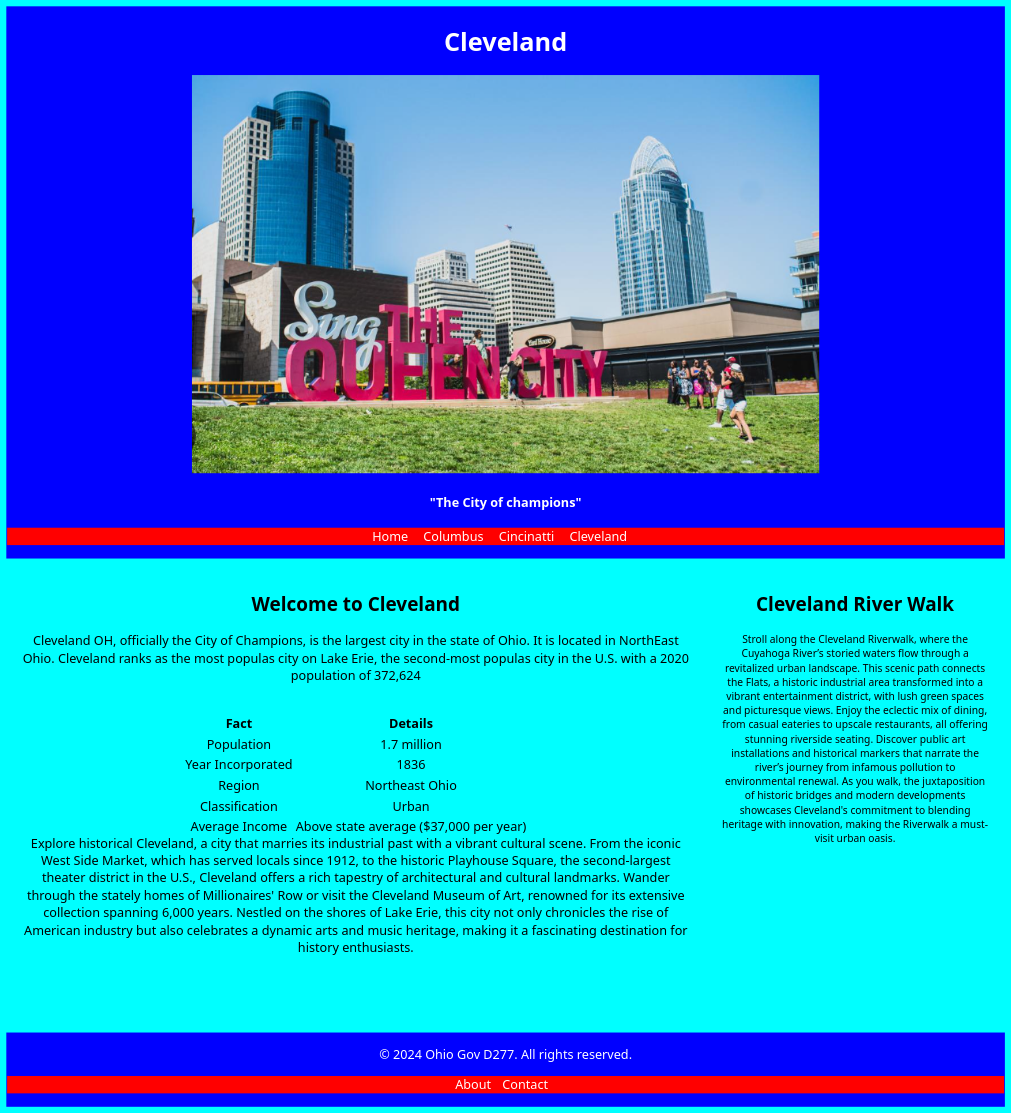
Repository: MikeeBuilds/FEWD-task1
Page: cleveland.html
The author's editor kept a copy of each file at every save. The page is drawn from the files as they stood at one save, then again after a run of saves.
The browser window is 1280 px wide. The pictures show the whole page, at 79% of full size.

Above is the page before, as saved 2024-07-02 17:19:54.

### cleveland.html
<!DOCTYPE html>
<html lang="en">

<head>
    <title>Cleveland</title>
    <link rel="stylesheet" href="style.css">
</head>

<body>

    <header>
        <h1>Cleveland</h1>
        <img src="images/cincinatti.png" alt="San Antonio Riverwalk">
        <h4>"The City of champions"</h4>
        <nav>
            <ul>
                <li><a href="index.html">Home</a></li>
                <li><a href="columbus.html">Columbus</a></li>
                <li><a href="cincinatti.html">Cincinatti</a></li>
                <li><a href="Cleveland.html">Cleveland</a></li>
            </ul>
        </nav>
    </header>

    <section>
        <h2>Welcome to Cleveland</h2>
        <p>
            Cleveland OH, officially the City of Champions, is the largest city in the state of Ohio. It is located in NorthEast Ohio. Cleveland ranks as the most populas city on Lake Erie, the second-most populas city in the U.S. with a 2020 population of 372,624
        </p>

        <table id="table">
            <tr>
                <th>Fact</th>
                <th>Details</th>
            </tr>
            <tr>
                <td>Population</td>
                <td>1.7 million</td>
            </tr>
            <tr>
                <td>Year Incorporated</td>
                <td>1836</td>
            </tr>
            <tr>
                <td>Region</td>
                <td>Northeast Ohio</td>
            </tr>
            <tr>
                <td>Classification</td>
                <td>Urban</td>
            </tr>
            <tr>
                <td>Average Income</td>
                <td>Above state average ($37,000 per year)</td>
            </tr>
        </table>

        <p>
            Explore historical Cleveland, a city that marries its industrial past with a vibrant cultural scene. From the iconic West Side Market, which has served locals since 1912, to the historic Playhouse Square, the second-largest theater district in the U.S., Cleveland offers a rich tapestry of architectural and cultural landmarks. Wander through the stately homes of Millionaires' Row or visit the Cleveland Museum of Art, renowned for its extensive collection spanning 6,000 years. Nestled on the shores of Lake Erie, this city not only chronicles the rise of American industry but also celebrates a dynamic arts and music heritage, making it a fascinating destination for history enthusiasts.
        </p>
    </section>

    <aside>
        <h2>Cleveland River Walk</h2>
        <p class="asideparagraph">
            Stroll along the Cleveland Riverwalk, where the Cuyahoga River’s storied waters flow through a revitalized urban landscape. This scenic path connects the Flats, a historic industrial area transformed into a vibrant entertainment district, with lush green spaces and picturesque views. Enjoy the eclectic mix of dining, from casual eateries to upscale restaurants, all offering stunning riverside seating. Discover public art installations and historical markers that narrate the river’s journey from infamous pollution to environmental renewal. As you walk, the juxtaposition of historic bridges and modern developments showcases Cleveland's commitment to blending heritage with innovation, making the Riverwalk a must-visit urban oasis.
        </p>
    </aside>

    <footer>
        <p>&copy; 2024 Ohio Gov D277. All rights reserved.</p>
        <nav>
            <ul>
                <li><a href="about.html">About</a></li>
                <li><a href="contact.html">Contact</a></li>
            </ul>
        </nav>
    </footer>

</body>

</html>

### style.css
body {
    background-color: aqua;
    font-family:system-ui, -apple-system, BlinkMacSystemFont, 'Segoe UI', Roboto, Oxygen, Ubuntu, Cantarell, 'Open Sans', 'Helvetica Neue', sans-serif;
}

header {
    clear: both;
    background-color: blue;
    color: white;
    padding: 1px;
    text-align: center;
}

nav {
    background-color: red;
    color: white;
}

nav ul {
    list-style: none;
    padding: 0;
}

nav ul li {
    display: inline-block;
    margin-right: 15px;
}

nav ul li a {
    text-decoration: none;
    color: white;
}

nav ul li a:hover {
    color: red;
    background-color: blue;
}

section {
    width: 70%;
    float: left;
    padding: 20px;
    box-sizing: border-box;
    text-align: center;
    height:600px;
    overflow-y: auto;
}


aside {
    width: 30%;
    float: left;
    padding: 20px;
    box-sizing: border-box;
    text-align: center;
    height: 600px;
    overflow-y: auto;
}

footer {
    clear: both;
    background-color: blue;
    color: white;
    padding: 1px;
    text-align: center;
}

footer nav ul {
    list-style: none;
}

footer nav ul li {
    display: inline-block;
    margin-right: 10px;
}

footer nav ul li a {
    text-decoration: none;
    color: white;
}

#table {
    position:relative;
    top: 20px;
    margin: 0px auto;
}

.asideparagraph {
   font-size: small;
}

.absolute-note {
    position: absolute;
    top: 10px;
    left: 10px;
    background-color: red;
    padding: 5px;
    border: 1px solid black;
}

main {
    width: 70%;
    margin: 0 auto;
    text-align: center;
}

form label {
    display: block;
    margin-top: 10px;
}
form input, form textarea {
    display: block;
    width: 100%;
    padding: 8px;
    margin-top: 5px;
}
form input[type="submit"] {
    width: auto;
    margin-top: 20px;
}

#ohioicon {
    width: 10%;
    height: auto;
}

#sciotomile{
    width: 20%;
    height: auto;
}

After the next 2 saves:
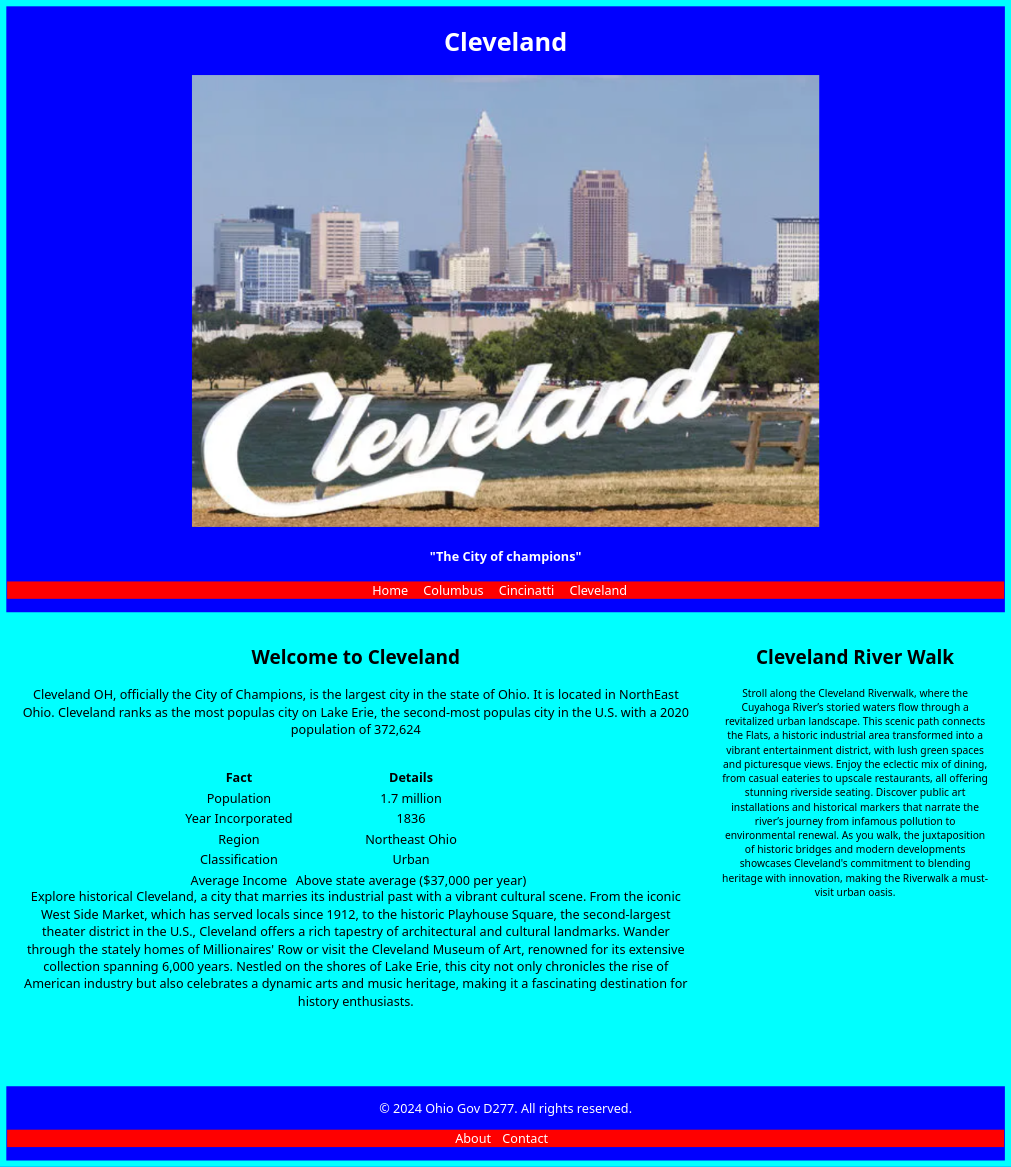
The 2 saves are shown as one change because they came seconds apart.
The last was saved 20 s later.
--- a/cleveland.html
+++ b/cleveland.html
@@ -10,7 +10,7 @@
 
     <header>
         <h1>Cleveland</h1>
-        <img src="images/cincinatti.png" alt="San Antonio Riverwalk">
+        <img src="images/cleveland.png" alt="San Antonio Riverwalk">
         <h4>"The City of champions"</h4>
         <nav>
             <ul>
